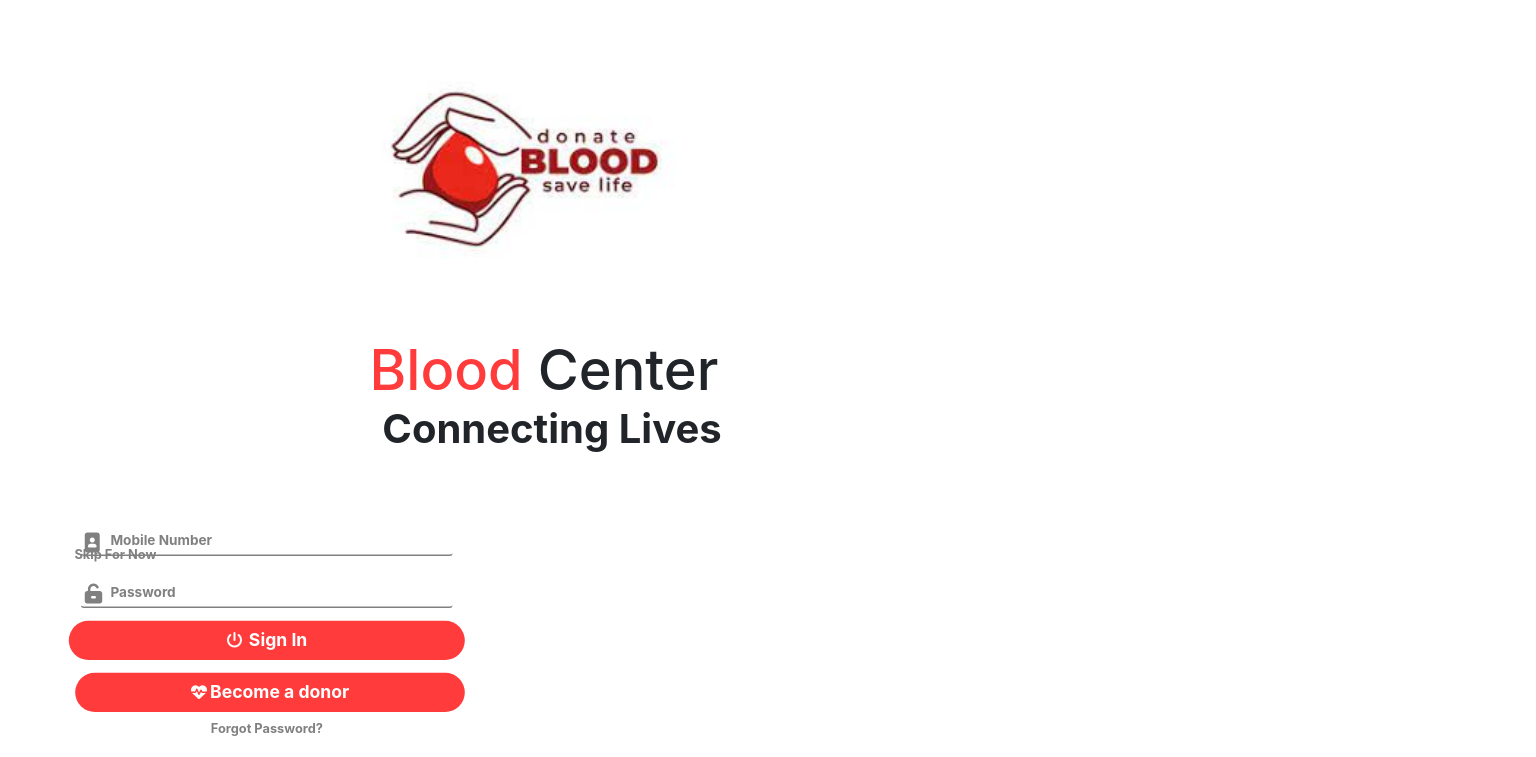
Repository: syedali042/jbds
Page: /
An editor plug-in stored every save of this project. The page is shown before and after the next save, followed by the edit.
The browser window is 1280 px wide. The page is 1365 px wide, then 1920 px, so the pictures cover 1920 px, including what lies to the right of the window. The pictures show the whole page, at 80% of full size.
Some web libraries are served in a nearby version. The project was rebuilt for these pictures with package versions that can differ from the ones it lists, and the page was loaded fresh each time. Also part of the build but not shown: src/components/Header.js, src/components/About.js, src/components/Register.js, src/components/Header2.js, src/components/Home.js, src/components/Header4.js, src/components/Request.js, src/components/Header3.js and 1 more.

Above is the page before, as saved 2021-11-09 20:39:28.

### public/index.html
<!DOCTYPE html>
<html lang="en">
  <head>
    <meta charset="utf-8" />
    <link rel="icon" href="%PUBLIC_URL%/favicon.ico" />
    <meta name="viewport" content="width=device-width, initial-scale=1" />
    <meta name="theme-color" content="#000000" />
    <meta
      name="description"
      content="Web site created using create-react-app"
    />
    <!--FontAwesome-->
    <script src="https://kit.fontawesome.com/f4576591a8.js" crossorigin="anonymous"></script>
    <!--FontAwesome ends-->
    <!--bootstrap-->
    <link rel="stylesheet" href="https://maxcdn.bootstrapcdn.com/bootstrap/4.0.0/css/bootstrap.min.css"
      integrity="sha384-Gn5384xqQ1aoWXA+058RXPxPg6fy4IWvTNh0E263XmFcJlSAwiGgFAW/dAiS6JXm" crossorigin="anonymous">
    <!--bootstrap ends-->
    <link rel="apple-touch-icon" href="%PUBLIC_URL%/logo192.png" />
    <!--
      manifest.json provides metadata used when your web app is installed on a
      user's mobile device or desktop. See https://developers.google.com/web/fundamentals/web-app-manifest/
    -->
    <link rel="manifest" href="%PUBLIC_URL%/manifest.json" />
    <!--
      Notice the use of %PUBLIC_URL% in the tags above.
      It will be replaced with the URL of the `public` folder during the build.
      Only files inside the `public` folder can be referenced from the HTML.

      Unlike "/favicon.ico" or "favicon.ico", "%PUBLIC_URL%/favicon.ico" will
      work correctly both with client-side routing and a non-root public URL.
      Learn how to configure a non-root public URL by running `npm run build`.
    -->
    <title>React App</title>
  </head>
  <body>
    <noscript>You need to enable JavaScript to run this app.</noscript>
    <div id="root"></div>
    <!--Jquery-->
    <script src="https://code.jquery.com/jquery-3.2.1.slim.min.js"
      integrity="sha384-KJ3o2DKtIkvYIK3UENzmM7KCkRr/rE9/Qpg6aAZGJwFDMVNA/GpGFF93hXpG5KkN" crossorigin="anonymous"></script>
    <script src="https://cdnjs.cloudflare.com/ajax/libs/popper.js/1.12.9/umd/popper.min.js"
      integrity="sha384-ApNbgh9B+Y1QKtv3Rn7W3mgPxhU9K/ScQsAP7hUibX39j7fakFPskvXusvfa0b4Q" crossorigin="anonymous"></script>
    <script src="https://maxcdn.bootstrapcdn.com/bootstrap/4.0.0/js/bootstrap.min.js"
      integrity="sha384-JZR6Spejh4U02d8jOt6vLEHfe/JQGiRRSQQxSfFWpi1MquVdAyjUar5+76PVCmYl" crossorigin="anonymous"></script>
    <!--Jquery ends-->
  </body>
</html>

### src/App.js
import './App.css';
import Login from './components/Login';
import About from './components/About';
import Register from './components/Register';
import Home from './components/Home';
import Request from './components/Request';
import Create from './components/Create';
import {
  BrowserRouter as Router,
  Switch,
  Route,
  Link
} from "react-router-dom";


function App() {
  return (
    <Router>
      <Switch>
        <Route path="/About">
          <About/>
        </Route>
        <Route path="/Login">
          <Login />
        </Route>
        <Route path="/Register">
          <Register />
        </Route>
        <Route path="/Create">
          <Create />
        </Route>
        <Route path="/Request">
          <Request />
        </Route>
        <Route path="/Home">
          <Home />
        </Route>
        <Route path="/">
          <Login />
        </Route>
      </Switch>
    </Router>
  );
}

export default App;

### src/App.css
*{
  margin: 0;
  padding: 0;
}
.con{
  font-size: 25px;
  font-weight: bold;
  position: relative;
  bottom: 35px;
  padding: 5px;
}
.em{
  border: none;
  border-bottom: 2px solid gray;
}
.pass{
  border: none;
  border-bottom: 2px solid gray;
}
.placehorder::placeholder {
  font-weight: bolder;
  color: gray;
  position: relative;
  left: 25px;
  font-size: 17px;
}
.forgot{
  color: gray;
  font-weight: bolder;
}
.login{
  color: gray;
  font-weight: bolder;
}
.fa-portrait{
  font-size: 20px;
  position: relative;
  top: 30px;
  left: 5px;
  color: gray;
}
.fa-unlock-alt{
   font-size: 20px;
  position: relative;
  top: 30px;
  left: 5px;
  color: gray;
}
.sign{
  width: 230px;
  position: relative;
  font-size: 22px;
  border-radius: 30px;
  background-color: #FF3B3B;
  color: white;
  font-weight: bolder;
  border: none;
}
.fa-power-off{
  font-size: 20px;
  position: relative;

  color: white ;
}
.donor{
  width: 230px;
  position: relative;
  font-size: 22px;
  border-radius: 30px;
  background-color: #FF3B3B;
  color: white;
  font-weight: bolder;
  border: none;
  letter-spacing: o.1;
}
.fa-heartbeat{
   font-size: 20px;
  position: relative;

  color: white ;
}
@media screen and (max-width: 440px){

  .con{
  font-size: 20px;
  font-weight: bold;
  position: relative;
  bottom: 35px;
  padding: 5px;
}
.blood{
  font-size: 27px;
}
.formik{
  position: relative;
  bottom: 50px;
}
.pass{
  border: none;
  border-bottom: 2px solid gray;

}

.donor{
  width: 210px;
  position: relative;
  font-size: 22px;
  border-radius: 30px;
  background-color: #FF3B3B;
  color: white;
  font-weight: bolder;
  border: none;
  letter-spacing: o.1;
}
.sign{
  width: 210px;
  position: relative;
  font-size: 22px;
  border-radius: 30px;
  background-color: #FF3B3B;
  color: white;
  font-weight: bolder;
  border: none;
}

}
@media screen and (min-width: 768px){


  .img{
  position: relative;
  width: 400px;
  left: 40px;
}
  .con{
  font-size: 50px;
  font-weight: bold;
  position: relative;
  bottom: 35px;
  padding: 5px;
  left: 50px;
}
.blood{
  font-size: 70px;
  position: relative;
  left: 40px;
}

.name{
  border: none;
  border-bottom: 2px solid gray;
   margin-top: 10px;
  height: 70px;
}


.adress{
    border: none;
  border-bottom: 2px solid gray;
   margin-top: 10px;
  height: 70px;
}
input::placeholder {
  font-weight: bolder;
  color: gray;
  position: relative;
  left: 45px;
  font-size: 30px;
}
.fa-portrait{
  font-size: 25px;
  position: relative;
  top: 37px;
  left: 5px;
  color: gray;
}
.fa-unlock-alt{
   font-size: 25px;
  position: relative;
  top: 35px;
  left: 5px;
  color: gray;
}
.fa-mobile-alt{
    font-size: 30px;
  position: relative;
  top: 55px;
  left: 5px;
  color: gray;
}
.fa-map-marker-alt{
   font-size: 30px;
  position: relative;
  top: 55px;
  left: 5px;
  color: gray;
}
.fa-disease{
 font-size: 30px;
  position: relative;
  top: 55px;
  left: 5px;
  color: gray;
}

.sign{
  width: 300px;
  position: relative;
  font-size: 22px;
  border-radius: 30px;
  background-color: #FF3B3B;
  color: white;
  font-weight: bolder;
  border: none;
}

.donor{
  width: 300px;
  position: relative;

  font-size: 22px;
  border-radius: 30px;
  background-color: #FF3B3B;
  color: white;
  font-weight: bolder;
  border: none;
  letter-spacing: o.1;
}

}
.header{
  background-color: #FF3B3B;
  padding: 3px;
}
.fa-chevron-left{
  color: white;
}
.profile{
  color: white;

}
.kelly{
  font-size: 23px;
  font-weight: bolder;
}
.girl{
  width: 70px;
  border-radius: 50px;
  margin-left: 50px;
  position: relative;
  bottom: 10px;
}
.r1{
  margin-top: 40px;
}

.name{
  border: none;
  border-bottom: 2px solid gray;
}
.num{
   border: none;
  border-bottom: 2px solid gray;
}
.adress{
    border: none;
  border-bottom: 2px solid gray;
}
.r2{
  background-color: rgb(247, 238, 238);
  border-radius: 15px;
  border: 1px solid transparent;
}
.update{

  position: relative;
  font-size: 22px;
  border-radius: 30px;
  background-color: #FF3B3B;
  color: white;
  font-weight: bolder;
  border: none;
}
.fa-mobile-alt{
   font-size: 20px;
  position: relative;
  top: 30px;
  left: 5px;
  color: gray;
}
.bloodGroup{
   border: none;
  border-bottom: 2px solid gray;
}
.fa-disease{
  font-size: 20px;
  position: relative;
  top: 30px;
  left: 5px;
  color: gray;
}
.city{
  border: none;
  border-bottom: 2px solid gray;
}
.fa-map-marker-alt{
  font-size: 20px;
  position: relative;
  top: 30px;
  left: 5px;
  color: gray;
}
.fa-arrow-right{
   font-size: 30px;
  position: relative;
 top: 5px;
  color:white;
}
.bodyOfHeader2{
   background-color: #FF3B3B;
   color: white;
}
.fa-search{
  position: relative;
  left: 90%;
  bottom: 30px;
  color: gray;
  font-size: 25px;
}
.groups{
 display: flex;
 margin-left: 5px;
}
.groups >div {
  background-color: #FF3B3B;
  width: 30px;
  margin: 7px;
  text-align: center;
  font-size: 20px;
  color: white;
  border-radius: 5px;
}
.HomeRow{
  border-bottom: 1px solid gray;
}
.sidebar{
  width: 60%;
  height: 100vh;
  position: absolute;
  background-color: #FF3B3B ;
  z-index: 1;
}
.create{
  color: white;
  margin-right: 30px;
}
.conReq{
  margin-top: 20px;
  background-color: rgb(216, 220, 230);
  border-radius: 5px;
}

### src/components/Login.js
import React from 'react';
import {Formik} from 'formik';


function Login() {
    return (

            <div className="container">
                <div className="d-flex align-items-center justify-content-center">
                    <div>
                        <img src="./images/download.jfif" alt="there is no image" className="img"/>
                        <h2 className="blood text-center"><span style={{color:'#FF3B3B'}}>Blood</span> Center</h2><br>
                        </br>
                        <h5 className="con text-center">Connecting Lives</h5>
                    </div>
                </div>
                <div className="container">
                    <div className="row p-3">
                        <div>
                            <Formik
                                initialValues={{ email: '', password: '' }}
                                validate={values => {
                                    const errors = {};
                                    if (!values.email) {
                                        errors.email = 'Required';
                                    } else if (
                                        !/^[A-Z0-9._%+-]+@[A-Z0-9.-]+\.[A-Z]{2,}$/i.test(values.email)
                                    ) {
                                        errors.email = 'Invalid email address';
                                    }
                                    return errors;
                                }}
                                onSubmit={(values, { setSubmitting }) => {
                                    setTimeout(() => {
                                        alert(JSON.stringify(values, null, 2));
                                        setSubmitting(false);
                                    }, 400);
                                }}
                            >
                                {({
                                    values,
                                    errors,
                                    touched,
                                    handleChange,
                                    handleBlur,
                                    handleSubmit,
                                    isSubmitting,
                                    /* and other goodies */
                                }) => (
                                <form onSubmit={handleSubmit} className="formik">
                                    <i className="fas fa-portrait"></i>
                                        <input
                                        type="email" className="placehorder form-control em"
                                            name="email"
                                            onChange={handleChange}
                                            onBlur={handleBlur}
                                            value={values.email}
                                            placeholder="Mobile Number"

                                        />

                                        {errors.email && touched.email && errors.email}
                                    <i className="fas fa-unlock-alt"></i>
                                        <input
                                        type="password" className="placehorder form-control pass"
                                            name="password"
                                            onChange={handleChange}
                                            onBlur={handleBlur}
                                            value={values.password}
                                            placeholder="Password"
                                        />

                                        {errors.password && touched.password && errors.password}
                                    <div className="row d-flex align-items-center justify-content-center">
                                        <button type="submit" disabled={isSubmitting} className="sign p-2 mt-3 w-100">
                                            <i className="fas fa-power-off mr-2 "></i>Sign In
                                        </button>
                                        <button className="donor p-2 mt-3 ml-2 w-100">
                                            <i className="fas fa-heartbeat mr-1 "></i>Become a donor
                                        </button>
                                        <a href="#" className="forgot p-2">Forgot Password?</a>

                                    </div>

                                    </form>
                                )}
                            </Formik>
                        </div>
                    </div>
                </div>
                <div className="position-absolute" style={{bottom:15, width:'100%', left:'auto', right:'auto'}}>
                    <a href="/home" className="text-decoration-none forgot p-2">Skip For Now</a>
                </div>
            </div>
    )
}

export default Login

Loaded but not shown: src/index.js (common file); src/index.css (common file); src/reportWebVitals.js (common file)

After the next save:
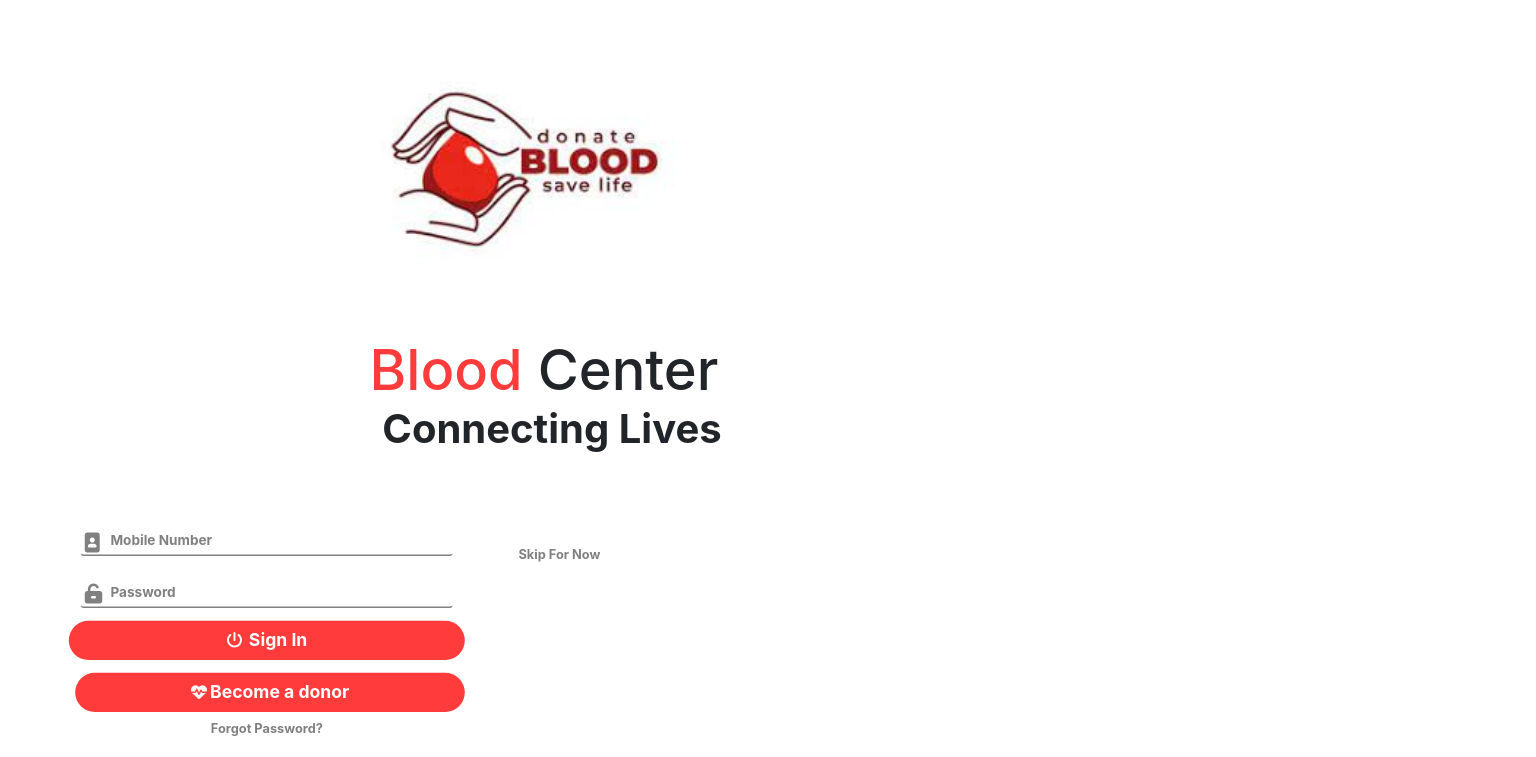
Saved 27 s later.
--- a/src/components/Login.js
+++ b/src/components/Login.js
@@ -88,7 +88,7 @@ function Login() {
                         </div>
                     </div>
                 </div>
-                <div className="position-absolute" style={{bottom:15, width:'100%', left:'auto', right:'auto'}}>
+                <div className="position-absolute" style={{bottom:15, width:'100%', left:'50%', right:'auto'}}>
                     <a href="/home" className="text-decoration-none forgot p-2">Skip For Now</a>
                 </div>
             </div>
